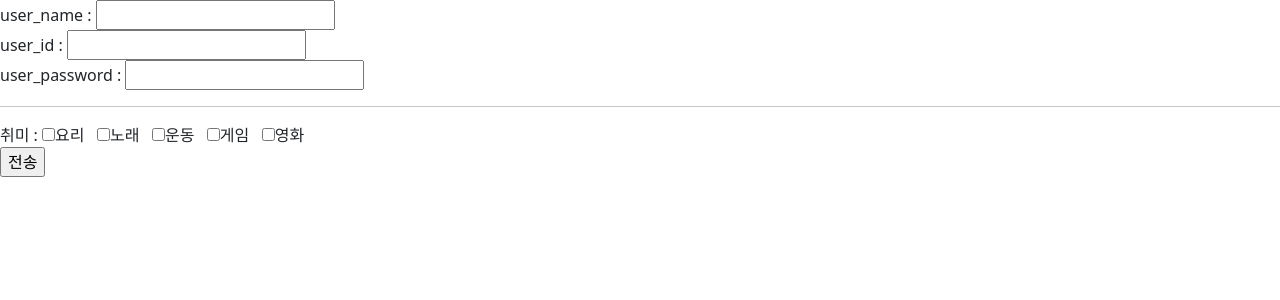
Repository: HeeMang28/jsp
Page: http://localhost/JSPBasic/jspobject/request/req_user_form.jsp
These files come from the project's save history. The page is drawn as it stood at one moment and after the next save; the edit follows.
The browser window is 1280 px wide. The pictures show the whole page.
The page is served by Tomcat 9.

Above is the page before, as saved 2022-03-25 11:07:10.

After the next save:
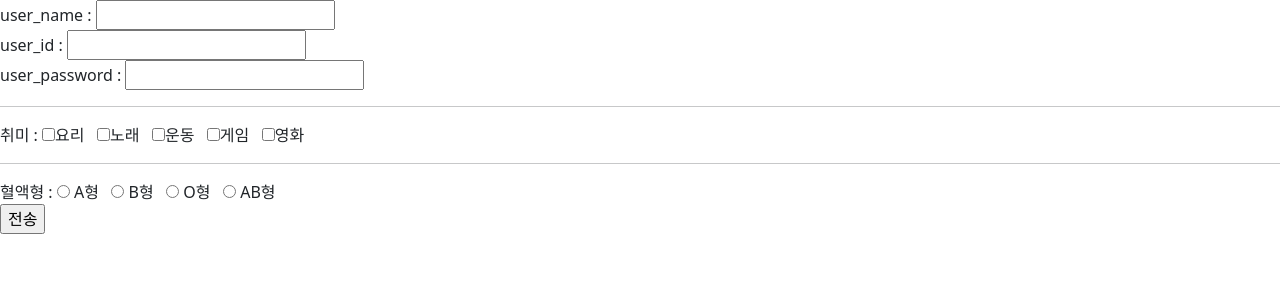
Saved 8 s later.
--- a/JSPBasic/src/main/webapp/jspobject/request/req_user_form.jsp
+++ b/JSPBasic/src/main/webapp/jspobject/request/req_user_form.jsp
@@ -27,7 +27,12 @@
  	<input type="checkbox" name="hobby" value="운동">운동 &nbsp;
  	<input type="checkbox" name="hobby" value="게임">게임 &nbsp;
  	<input type="checkbox" name="hobby" value="영화">영화 &nbsp;
-
+ 	<hr/>
+ 	혈액형 :
+ 	<input type="radio" name="blood" value="A"> A형 &nbsp;
+ 	<input type="radio" name="blood" value="B"> B형 &nbsp;
+ 	<input type="radio" name="blood" value="O"> O형 &nbsp;
+ 	<input type="radio" name="blood" value="AB"> AB형 &nbsp;
  	<br/>
 
  	<input type="submit" value="전송">
